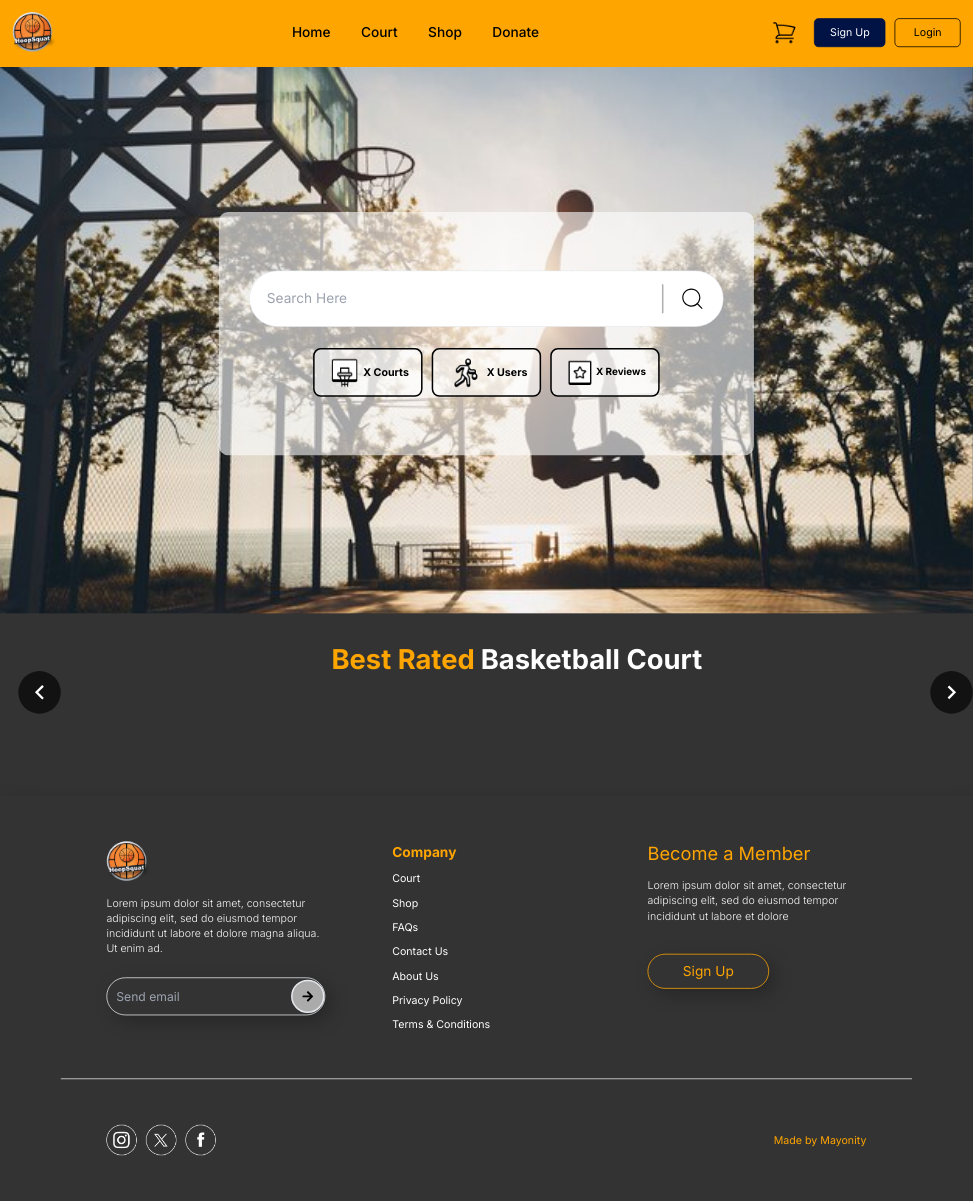
Repository: Abdul-Hannan232/basket-ball-website
Page: /
The author's editor kept a copy of each file at every save. The page is drawn from the files as they stood at one save, then again after the next save.
The browser window is 1280 px wide. The pictures show the whole page, at 76% of full size.
The page's requests for data from a server got no answer. The project was rebuilt for these pictures with package versions that can differ from the ones it lists, and the page was loaded fresh each time. The framework's server and built-in components were replaced by stand-ins that run in the browser. No one was signed in, and anything a server would have sent is missing. Also part of the build but not shown: next.config.mjs, app/utils/rating.js.

Above is the page before, as saved 2024-09-15 21:07:49.

After the next save:
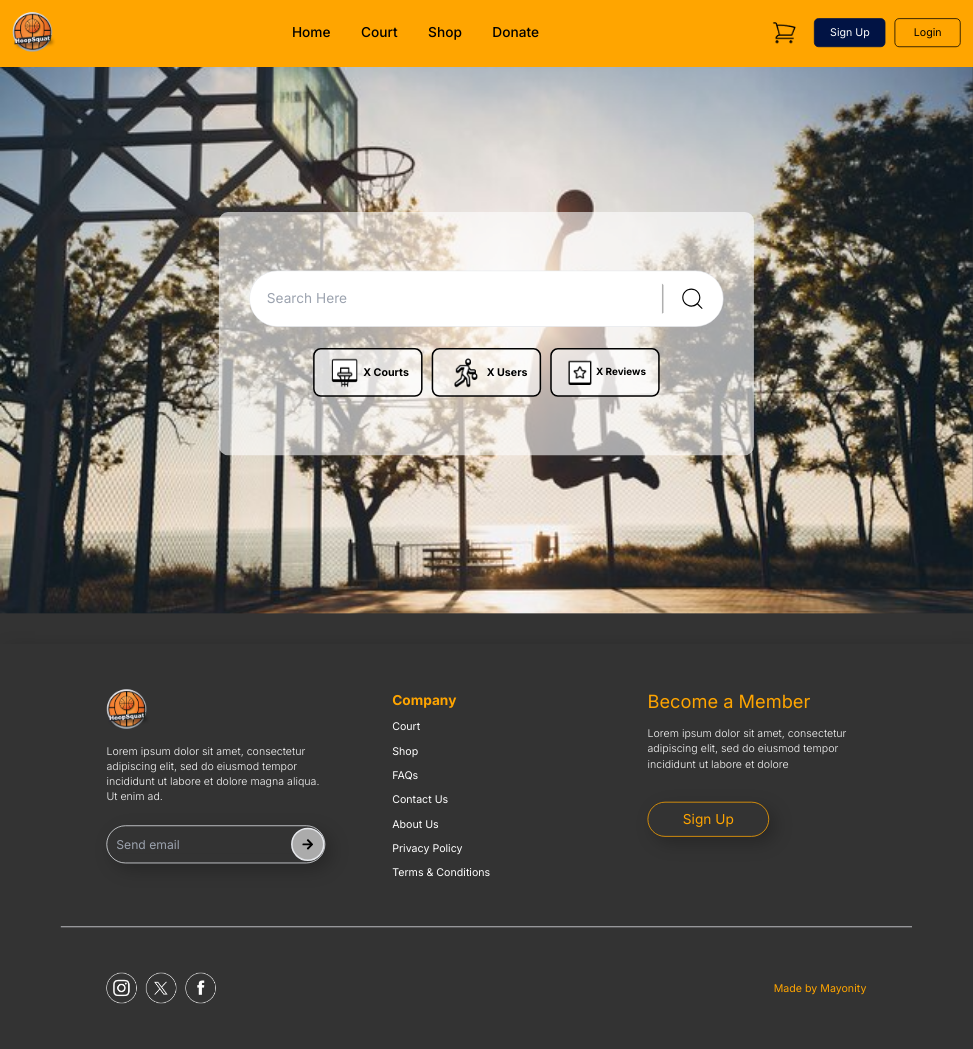
Saved 67 s later.
--- a/app/component/HomeComponent.js
+++ b/app/component/HomeComponent.js
@@ -36,7 +36,7 @@
           </div>
         </div>
       </div>
-      <BasketBall slide={"carousel"} />
+      {/* <BasketBall slide={"carousel"} /> */}
       <Footer/>
     </div>
   )

After the save that followed:
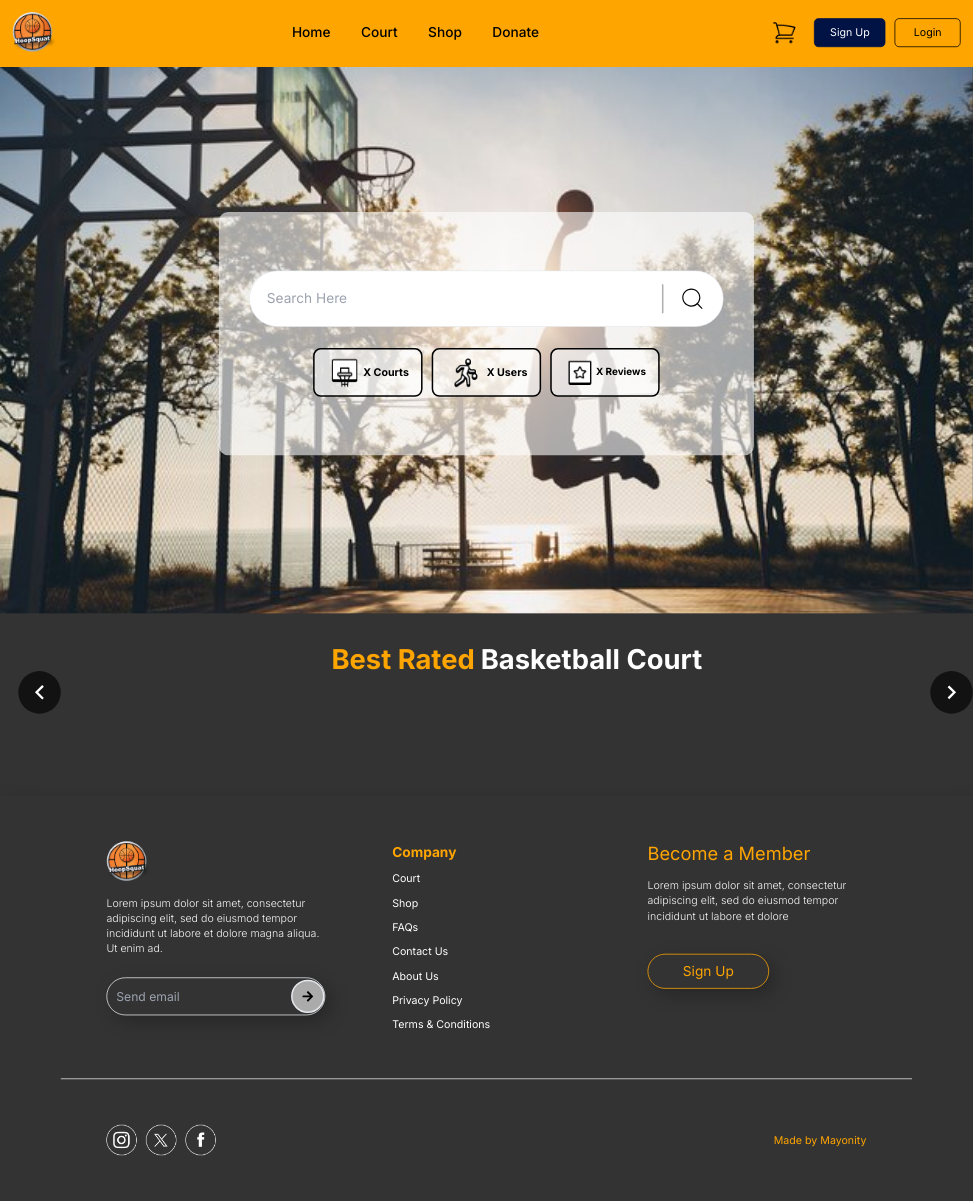
Saved 27 s later.
--- a/app/component/HomeComponent.js
+++ b/app/component/HomeComponent.js
@@ -36,7 +36,7 @@
           </div>
         </div>
       </div>
-      {/* <BasketBall slide={"carousel"} /> */}
+      <BasketBall slide={"carousel"} />
       <Footer/>
     </div>
   )
